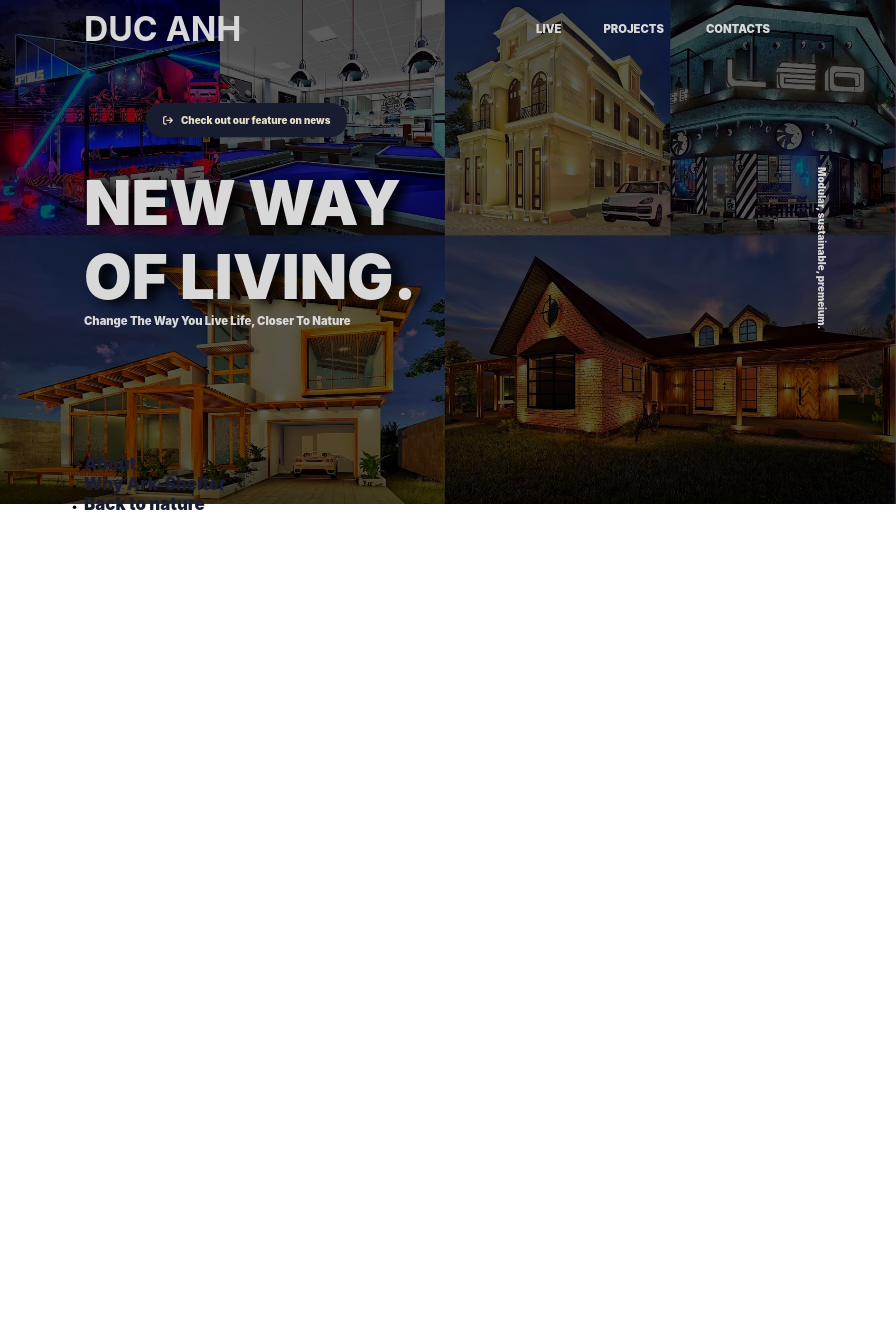
Repository: Ethanxcode/DucAnhNguyen
Page: index.html
These files come from the project's save history. The page is drawn as it stood at one moment and after the next save; the edit follows.
The browser window is 1280 px wide. The pictures show the part of the page from y = 0 to 1920 px (the page is 10000 px tall), at 70% of full size.

Above is the page before, as saved 2023-01-14 01:20:46.

After the next save:
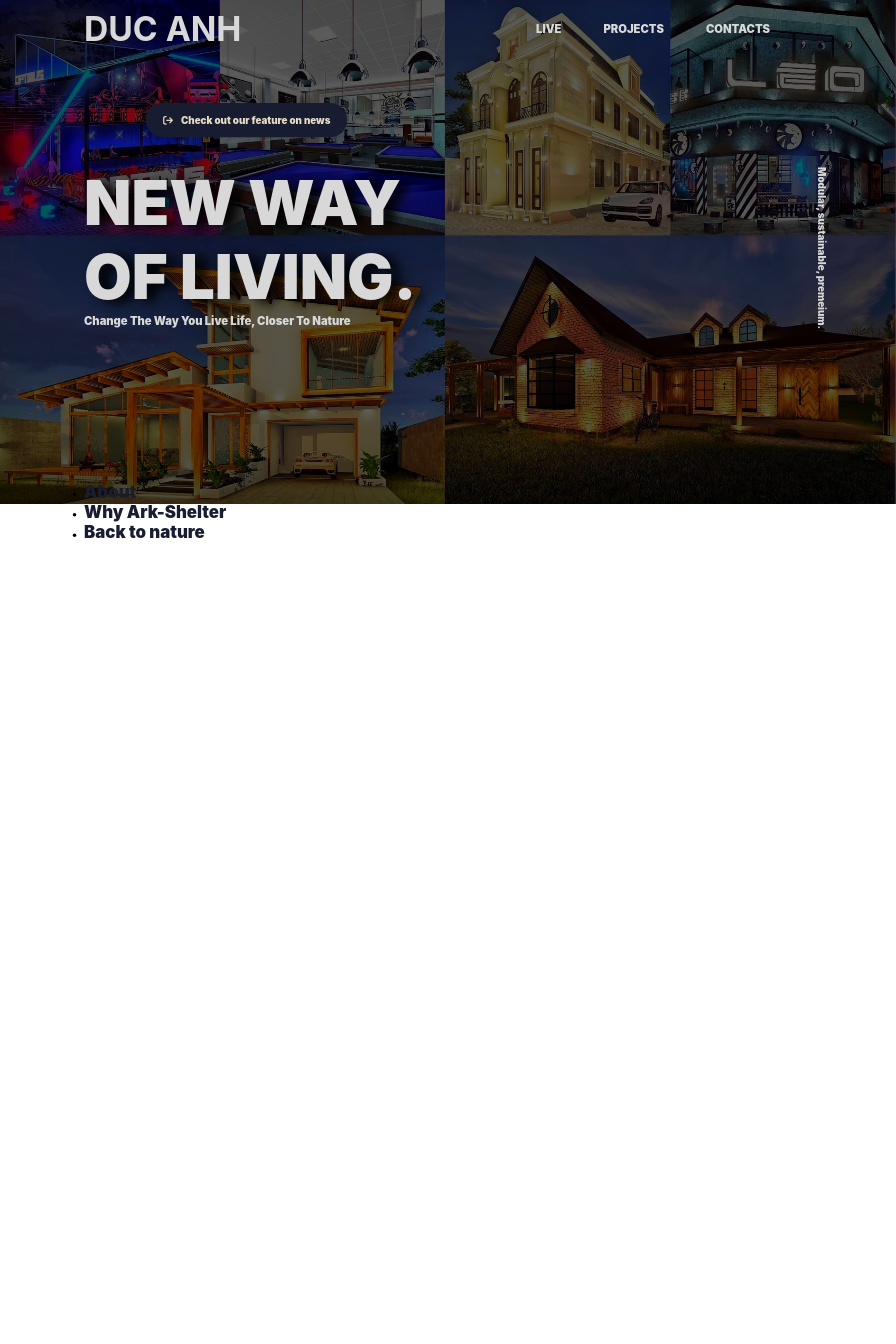
Saved 6 s later.
--- a/style.css
+++ b/style.css
@@ -392,5 +392,5 @@ subHeaderMenu > ul > li > a {
 }
 
 .section-margin-top {
-	margin-top: 180px;
-}
+	margin-top: 220px;
+}
